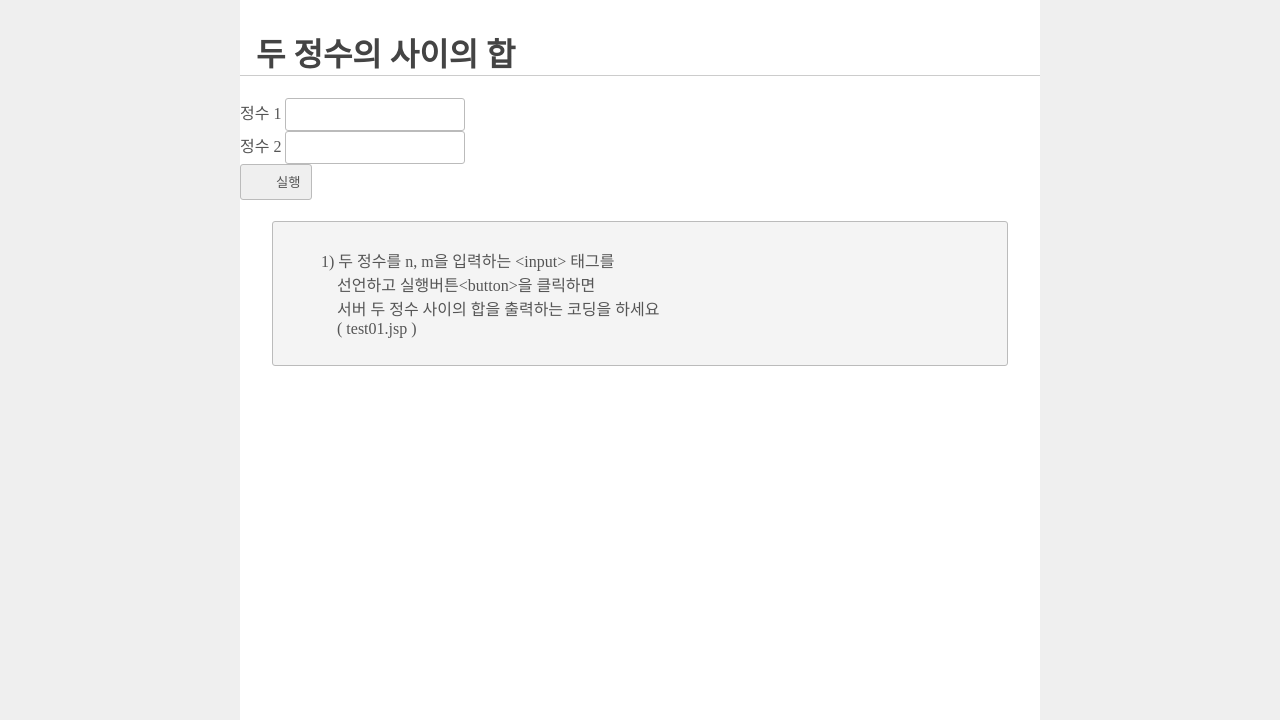
Repository: park-jiwoong/webClass
Page: http://localhost/jspPro/days02/test01.jsp
An editor plug-in stored every save of this project. The page is shown before and after the next save, followed by the edit.
The browser window is 1280 px wide. The pictures show the whole page.
Some web fonts or font styles are not loaded; a fallback is used. The page is served by Tomcat 9.

Above is the page before, as saved 2025-05-22 01:22:58.

After the next save:
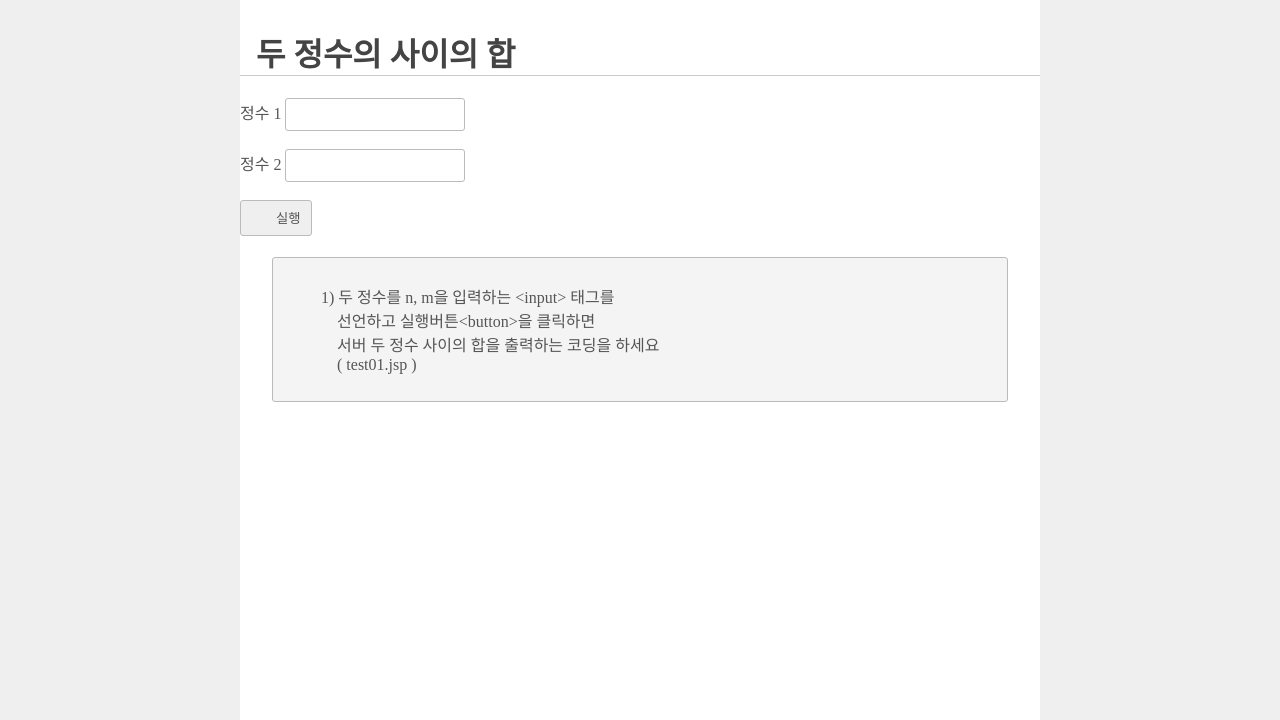
Saved 2 min 19 s later.
--- a/webPro/src/main/webapp/JSPClass/jspPro/src/main/webapp/days02/test01.jsp
+++ b/webPro/src/main/webapp/JSPClass/jspPro/src/main/webapp/days02/test01.jsp
@@ -19,9 +19,9 @@
 	<h1>두 정수의 사이의 합</h1>
 	<form action="test01_result.jsp" method="get">
 	<label for="num1">정수 1</label>
-	<input type="number" id="num1" name="num1" required="required"> <br>
+	<input type="number" id="num1" name="num1" required="required"> <br><br>
 	<label for="num2">정수 2</label>
-	<input type="number" id="num2" name="num2" required="required"> <br>
+	<input type="number" id="num2" name="num2" required="required"> <br><br>
 	<button type="submit">실행</button>
 	</form>
 <div>
